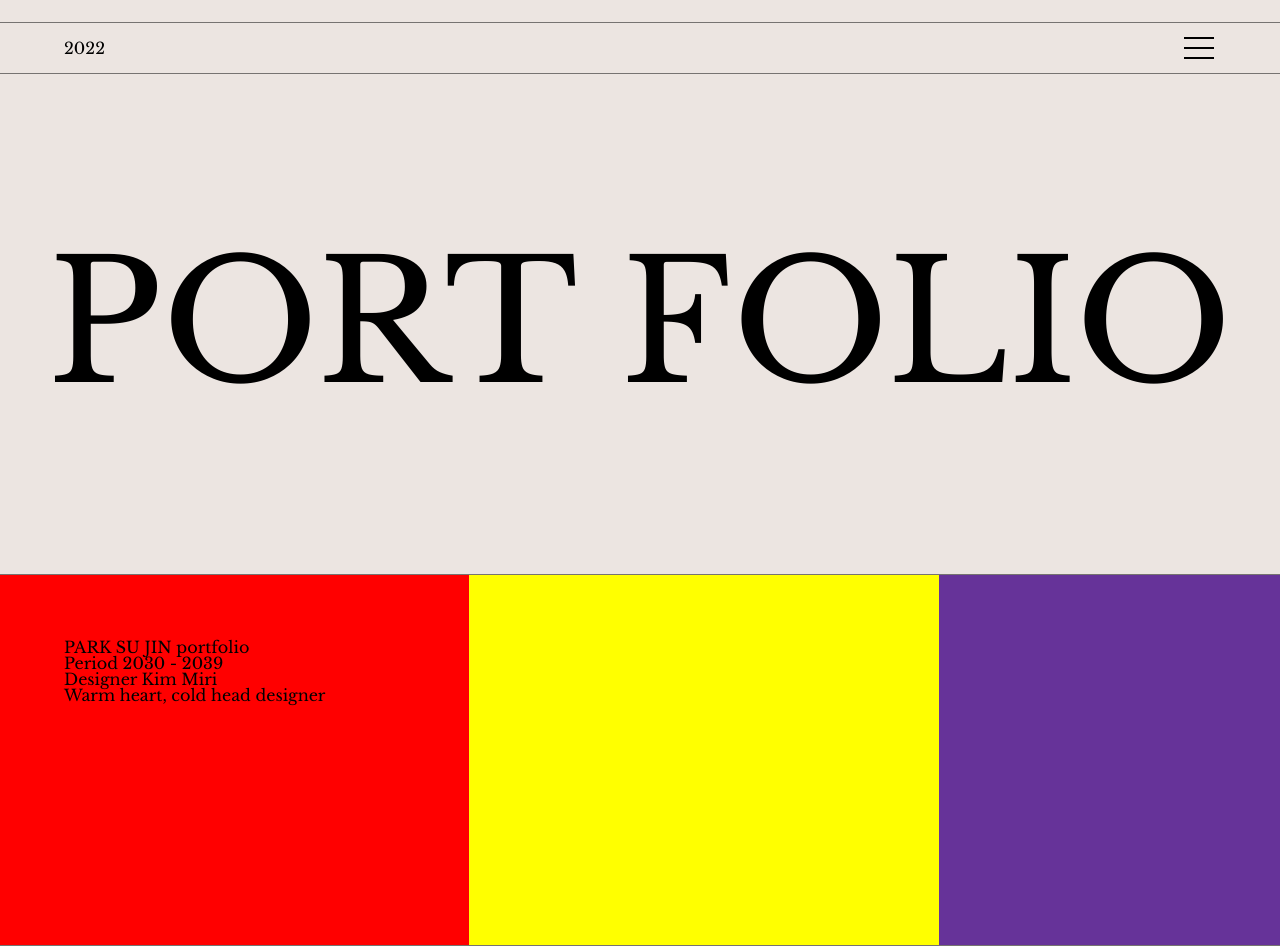
Repository: clsrnemfdml/portfolio_parksj_versiton1
Page: index.html
The author's editor kept a copy of each file at every save. The page is drawn from the files as they stood at one save, then again after the next save.
The browser window is 1280 px wide. The pictures show the whole page.

Above is the page before, as saved 2021-09-02 07:26:06.

After the next save:
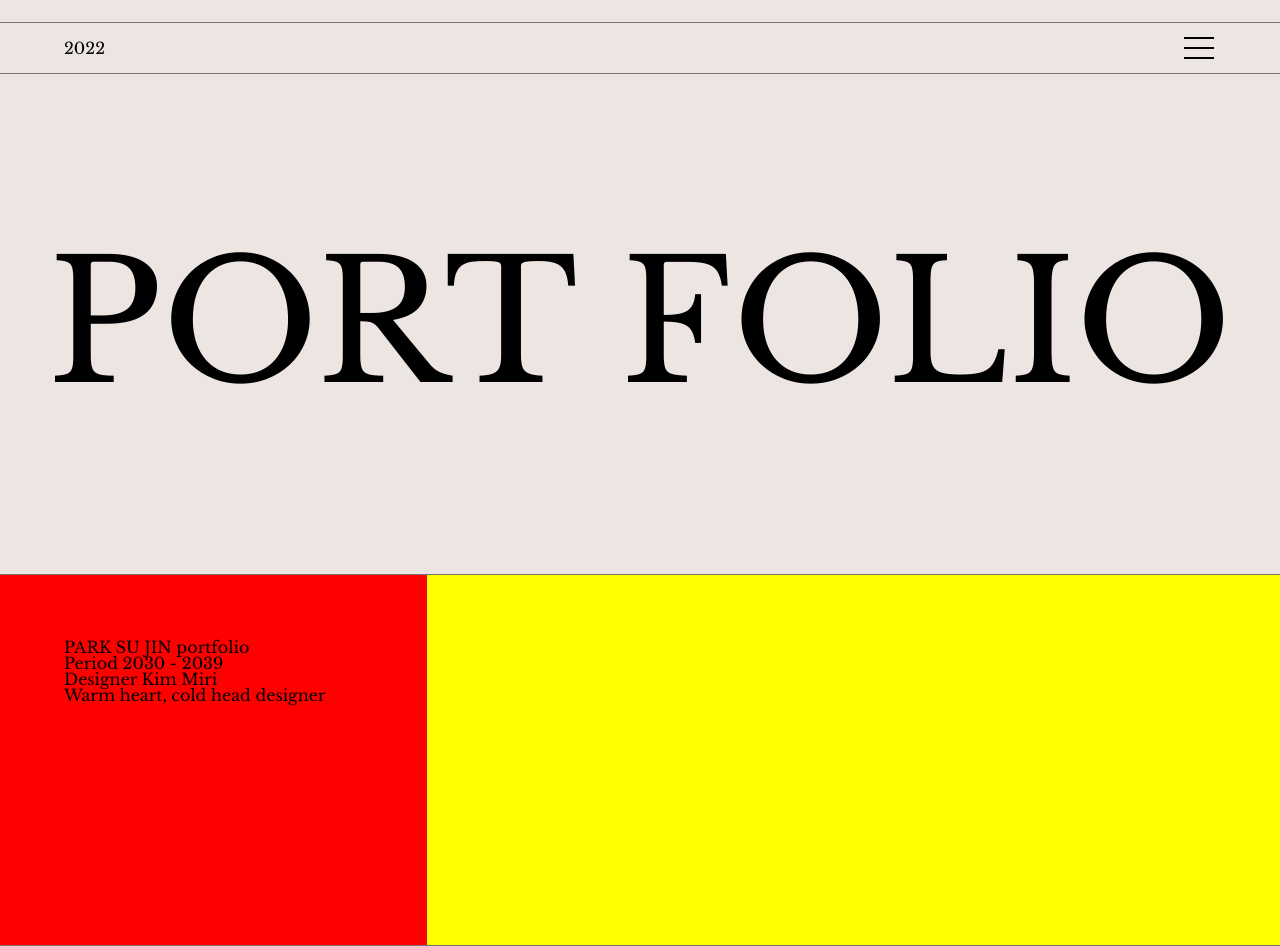
Saved 4 s later.
--- a/css/index.css
+++ b/css/index.css
@@ -86,7 +86,7 @@
         background: yellow;
         padding: 5%;
     }
-    #wrap #section1 .content_bottom .rsum2{
+    #wrap #section1 .content_bottom .rsum3{
         background: yellow;
         padding: 5%;
     }
